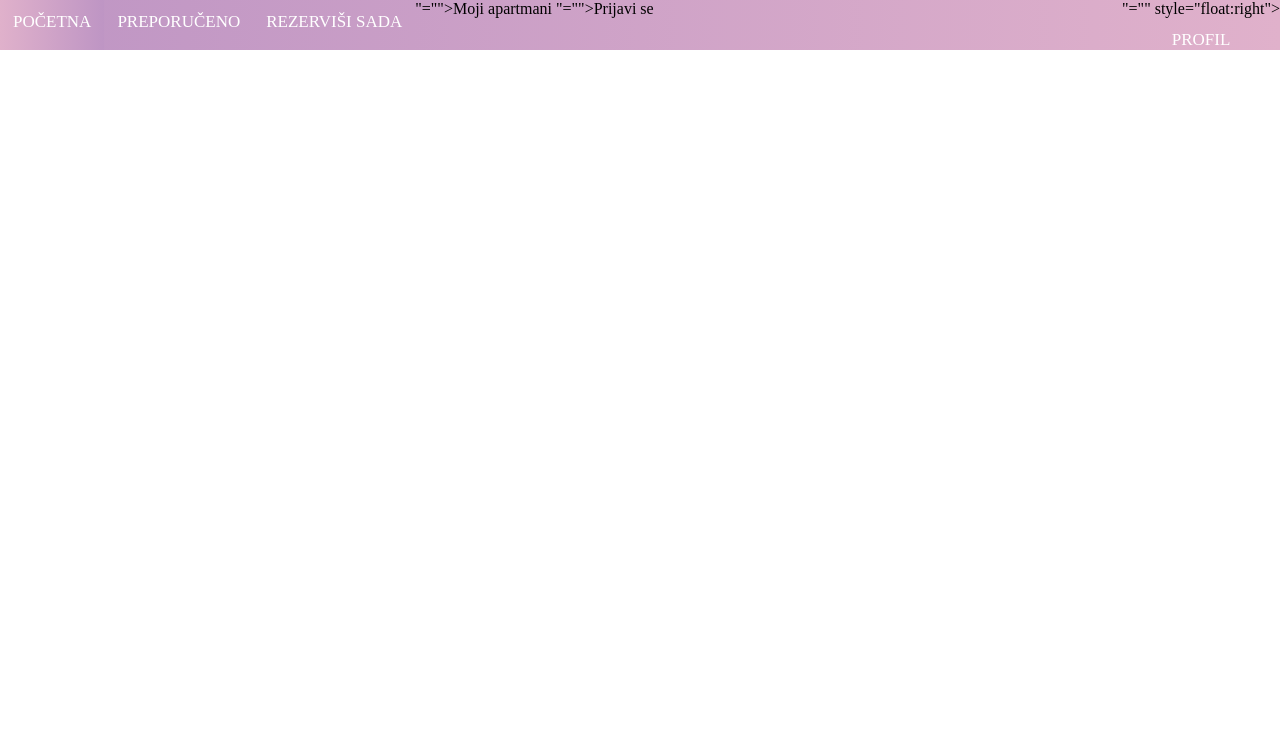
Repository: FTN-E2-materials/WEB
Page: BookingApp/static/index.html
These files come from the project's save history. The page is drawn as it stood at one moment and after the next save; the edit follows.
The browser window is 1280 px wide. The pictures show the whole page.
The page's requests for data from a server got no answer.

Above is the page before, as saved 2020-08-15 20:37:54.

After the next save:
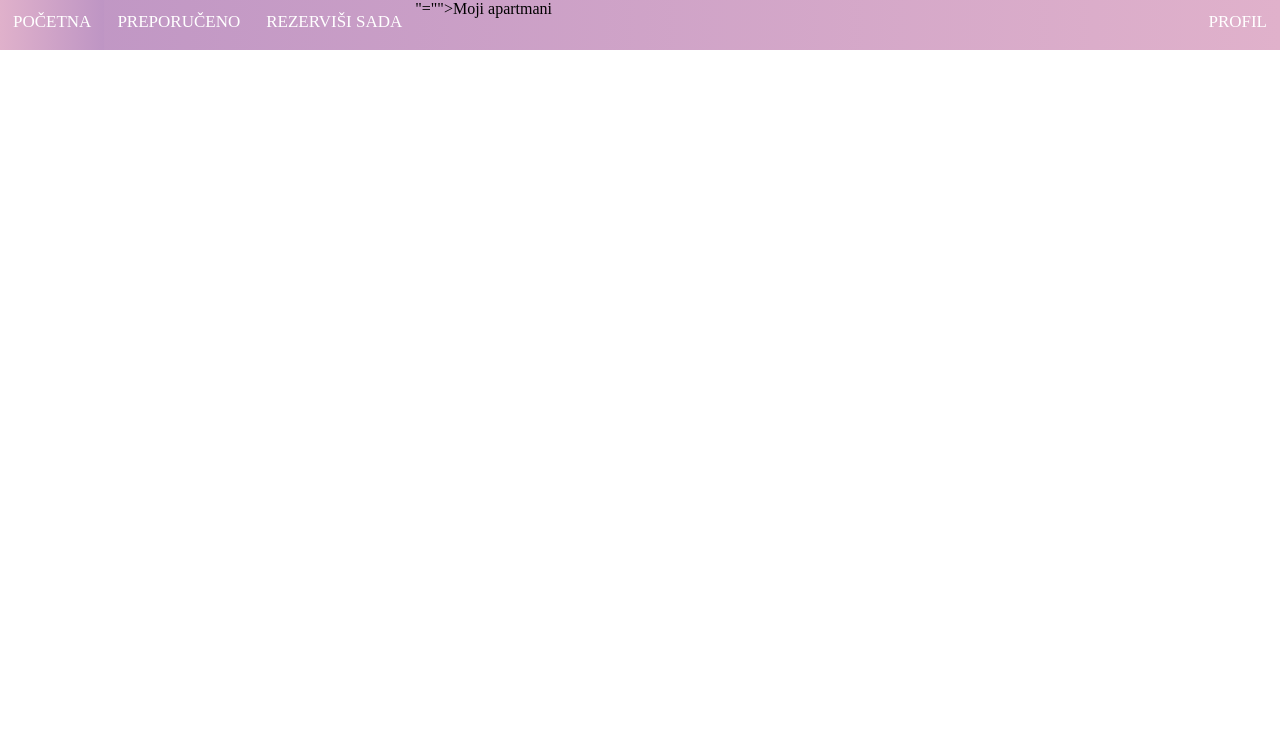
Saved 77 s later.
--- a/BookingApp/static/index.html
+++ b/BookingApp/static/index.html
@@ -16,8 +16,8 @@
 		        <li class = "menu"><a href="bookpage.html">Rezerviši sada</a></li>
 		        <li class = "menu" v-bind:hidden = "mode != 'admin'"><a href="reservations.html">Moje rezervacije</a></li>
 		        <li class = "menu" v-bind:hidden = "mode != 'host'><a href="myapartments.html">Moji apartmani</a></li>
-		        <li class = "menu" style="float:right" v-bind:hidden = "mode != 'notLogged'><a href="startpage.html">Prijavi se</a></li>
-		        <li class = "menu" style="float:right"><a href="startpage.html" v-bind:hidden = "mode != 'admin'>Prijavi se</a></li>
+		        <li class = "menu" style="float:right" v-bind:hidden = "mode != 'notLogged'"><a href="startpage.html">Prijavi se</a></li>
+		        <li class = "menu" style="float:right" v-bind:hidden = "mode != 'admin'"><a href="startpage.html" >Prijavi se</a></li>
 		        <li class = "menu" style="float:right"><a href="">Profil</a></li>
 	            </ul>
             </div>
